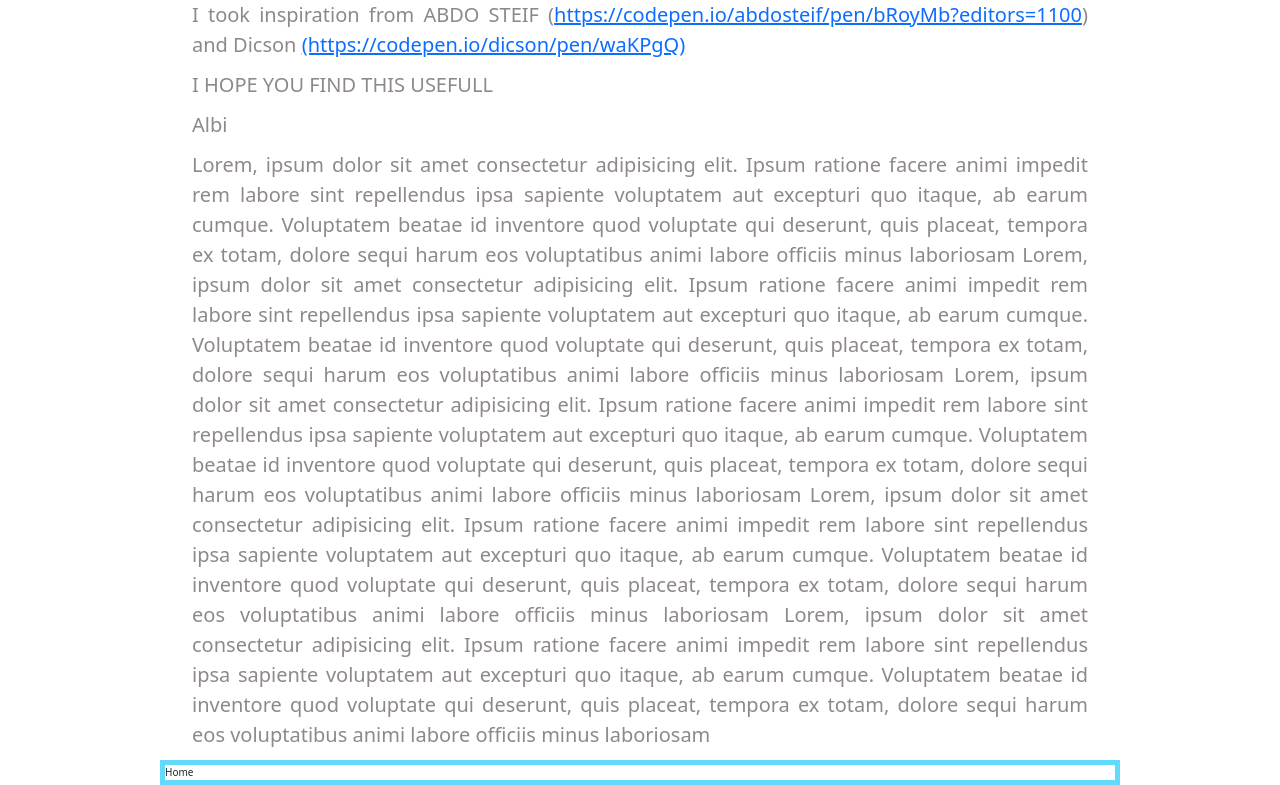
Repository: chadrackkyungu/Sylvie
Page: /
The author's editor kept a copy of each file at every save. The page is drawn from the files as they stood at one save, then again after the next save.
The browser window is 1280 px wide. The pictures show the part of the page from y = 720 to 1505 px (the page is 1505 px tall before and 745 px after).
The project was rebuilt for these pictures with package versions that can differ from the ones it lists, and the page was loaded fresh each time. Also part of the build but not shown: src/App.css.

Above is the page before, as saved 2022-07-19 23:36:23.

### src/index.js
import React from "react";
import ReactDOM from "react-dom/client";
import "./index.css";
import App from "./App";
import reportWebVitals from "./reportWebVitals";
import "bootstrap/dist/css/bootstrap.min.css";

const root = ReactDOM.createRoot(document.getElementById("root"));
root.render(
    <React.StrictMode>
        <App />
    </React.StrictMode>
);

// If you want to start measuring performance in your app, pass a function
// to log results (for example: reportWebVitals(console.log))
// or send to an analytics endpoint. Learn more: https://bit.ly/CRA-vitals
reportWebVitals();

### src/index.css
:root {
    --bg-body: #000000;
    --text-white: #f1e9e7;
    --text-md-white: #8e8988;
    --text-indicate: #a05745;
}

body {
    margin: 0;
    font-family: -apple-system, BlinkMacSystemFont, "Segoe UI", "Roboto", "Oxygen", "Ubuntu", "Cantarell", "Fira Sans", "Droid Sans", "Helvetica Neue", sans-serif;
    -webkit-font-smoothing: antialiased;
    -moz-osx-font-smoothing: grayscale;
    background: var(--bg-body);
}

h3 {
    color: var(--text-white);
}

p {
    color: var(--text-md-white);
}

a {
    text-decoration: none;
    color: var(--text-indicate);
}

a:hover {
    text-decoration-line: underline;
}

.page-w {
    width: 75%;
    margin: 0 auto;
    border: #61dafb 5px solid;
}

@import url("https://fonts.googleapis.com/css?family=Quicksand:400,500,700");
html,
body {
    margin: 0;
    padding: 0;
    box-sizing: border-box;
    font-family: "Quicksand", sans-serif;
    font-size: 62.5%;
    font-size: 10px;
}


/*-- Inspiration taken from abdo steif -->
/* --> https://codepen.io/abdosteif/pen/bRoyMb?editors=1100*/


/* Navbar section */

.nav {
    width: 100%;
    height: 65px;
    position: fixed;
    line-height: 65px;
    text-align: center;
}

.nav div.logo {
    float: left;
    width: auto;
    height: auto;
    padding-left: 3rem;
}

.nav div.logo a {
    text-decoration: none;
    color: #fff;
    font-size: 2.5rem;
}

.nav div.logo a:hover {
    color: #00e676;
}

.nav div.main_list {
    height: 65px;
    float: right;
}

.nav div.main_list ul {
    width: 100%;
    height: 65px;
    display: flex;
    list-style: none;
    margin: 0;
    padding: 0;
}

.nav div.main_list ul li {
    width: auto;
    height: 65px;
    padding: 0;
    padding-right: 3rem;
}

.nav div.main_list ul li a {
    text-decoration: none;
    color: #fff;
    line-height: 65px;
    font-size: 2.4rem;
}

.nav div.main_list ul li a:hover {
    color: #00e676;
}


/* Home section */

.home {
    width: 100%;
    height: 100vh;
    background-image: url(https://images.unsplash.com/photo-1498550744921-75f79806b8a7?ixlib=rb-0.3.5&ixid=eyJhcHBfaWQiOjEyMDd9&s=b0f6908fa5e81286213c7211276e6b3d&auto=format&fit=crop&w=1500&q=80);
    background-position: center top;
    background-size: cover;
}

.navTrigger {
    display: none;
}

.nav {
    padding-top: 20px;
    padding-bottom: 20px;
    -webkit-transition: all 0.4s ease;
    transition: all 0.4s ease;
}


/* Media qurey section */

@media screen and (min-width: 768px) and (max-width: 1024px) {
    .container {
        margin: 0;
    }
}

@media screen and (max-width: 768px) {
    .navTrigger {
        display: block;
    }
    .nav div.logo {
        margin-left: 15px;
    }
    .nav div.main_list {
        width: 100%;
        height: 0;
        overflow: hidden;
    }
    .nav div.show_list {
        height: auto;
        display: none;
    }
    .nav div.main_list ul {
        flex-direction: column;
        width: 100%;
        height: 100vh;
        right: 0;
        left: 0;
        bottom: 0;
        background-color: #111;
        /*same background color of navbar*/
        background-position: center top;
    }
    .nav div.main_list ul li {
        width: 100%;
        text-align: right;
    }
    .nav div.main_list ul li a {
        text-align: center;
        width: 100%;
        font-size: 3rem;
        padding: 20px;
    }
    .nav div.media_button {
        display: block;
    }
}


/* Animation */


/* Inspiration taken from Dicson https://codemyui.com/simple-hamburger-menu-x-mark-animation/ */

.navTrigger {
    cursor: pointer;
    width: 30px;
    height: 25px;
    margin: auto;
    position: absolute;
    right: 30px;
    top: 0;
    bottom: 0;
}

.navTrigger i {
    background-color: #fff;
    border-radius: 2px;
    content: "";
    display: block;
    width: 100%;
    height: 4px;
}

.navTrigger i:nth-child(1) {
    -webkit-animation: outT 0.8s backwards;
    animation: outT 0.8s backwards;
    -webkit-animation-direction: reverse;
    animation-direction: reverse;
}

.navTrigger i:nth-child(2) {
    margin: 5px 0;
    -webkit-animation: outM 0.8s backwards;
    animation: outM 0.8s backwards;
    -webkit-animation-direction: reverse;
    animation-direction: reverse;
}

.navTrigger i:nth-child(3) {
    -webkit-animation: outBtm 0.8s backwards;
    animation: outBtm 0.8s backwards;
    -webkit-animation-direction: reverse;
    animation-direction: reverse;
}

.navTrigger.active i:nth-child(1) {
    -webkit-animation: inT 0.8s forwards;
    animation: inT 0.8s forwards;
}

.navTrigger.active i:nth-child(2) {
    -webkit-animation: inM 0.8s forwards;
    animation: inM 0.8s forwards;
}

.navTrigger.active i:nth-child(3) {
    -webkit-animation: inBtm 0.8s forwards;
    animation: inBtm 0.8s forwards;
}

@-webkit-keyframes inM {
    50% {
        -webkit-transform: rotate(0deg);
    }
    100% {
        -webkit-transform: rotate(45deg);
    }
}

@keyframes inM {
    50% {
        transform: rotate(0deg);
    }
    100% {
        transform: rotate(45deg);
    }
}

@-webkit-keyframes outM {
    50% {
        -webkit-transform: rotate(0deg);
    }
    100% {
        -webkit-transform: rotate(45deg);
    }
}

@keyframes outM {
    50% {
        transform: rotate(0deg);
    }
    100% {
        transform: rotate(45deg);
    }
}

@-webkit-keyframes inT {
    0% {
        -webkit-transform: translateY(0px) rotate(0deg);
    }
    50% {
        -webkit-transform: translateY(9px) rotate(0deg);
    }
    100% {
        -webkit-transform: translateY(9px) rotate(135deg);
    }
}

@keyframes inT {
    0% {
        transform: translateY(0px) rotate(0deg);
    }
    50% {
        transform: translateY(9px) rotate(0deg);
    }
    100% {
        transform: translateY(9px) rotate(135deg);
    }
}

@-webkit-keyframes outT {
    0% {
        -webkit-transform: translateY(0px) rotate(0deg);
    }
    50% {
        -webkit-transform: translateY(9px) rotate(0deg);
    }
    100% {
        -webkit-transform: translateY(9px) rotate(135deg);
    }
}

@keyframes outT {
    0% {
        transform: translateY(0px) rotate(0deg);
    }
    50% {
        transform: translateY(9px) rotate(0deg);
    }
    100% {
        transform: translateY(9px) rotate(135deg);
    }
}

@-webkit-keyframes inBtm {
    0% {
        -webkit-transform: translateY(0px) rotate(0deg);
    }
    50% {
        -webkit-transform: translateY(-9px) rotate(0deg);
    }
    100% {
        -webkit-transform: translateY(-9px) rotate(135deg);
    }
}

@keyframes inBtm {
    0% {
        transform: translateY(0px) rotate(0deg);
    }
    50% {
        transform: translateY(-9px) rotate(0deg);
    }
    100% {
        transform: translateY(-9px) rotate(135deg);
    }
}

@-webkit-keyframes outBtm {
    0% {
        -webkit-transform: translateY(0px) rotate(0deg);
    }
    50% {
        -webkit-transform: translateY(-9px) rotate(0deg);
    }
    100% {
        -webkit-transform: translateY(-9px) rotate(135deg);
    }
}

@keyframes outBtm {
    0% {
        transform: translateY(0px) rotate(0deg);
    }
    50% {
        transform: translateY(-9px) rotate(0deg);
    }
    100% {
        transform: translateY(-9px) rotate(135deg);
    }
}

.affix {
    padding: 0;
    background-color: #111;
}

.myH2 {
    text-align: center;
    font-size: 4rem;
}

.myP {
    text-align: justify;
    padding-left: 15%;
    padding-right: 15%;
    font-size: 20px;
}

@media all and (max-width: 700px) {
    .myP {
        padding: 2%;
    }
}

### src/App.js
import "./App.css";
import Home from './pages/home'
import Navbar from "./components/Navbar"

function App() {
    return (
        <>
            <Navbar />
            <div className="page-w">
                <Home />
            </div>
        </>
    );
}

export default App;

### src/Pages/Home.js
import React from 'react'

function Home() {
    return ( <
        div > Home < /div>
    )
}

export default Home

### src/components/Navbar.js
import React, { useState } from "react";
import {
    Collapse,
    Navbar,
    NavbarToggler,
    NavbarBrand,
    Nav,
    NavItem,
    NavLink,
    UncontrolledDropdown,
    DropdownToggle,
    DropdownMenu,
    DropdownItem,
    NavbarText,
} from "reactstrap";

const Example = (args) => {
    const [isOpen, setIsOpen] = useState(false);

    const toggle = () => setIsOpen(!isOpen);

    return (
        <div>
            <nav className="nav">
                <div className="container">
                    <div className="logo">
                        <a href="#">Your Logo</a>
                    </div>
                    <div id="mainListDiv" class="main_list">
                        <ul className="navlinks">
                            <li><a href="#">About</a></li>
                            <li><a href="#">Portfolio</a></li>
                            <li><a href="#">Services</a></li>
                            <li><a href="#">Contact</a></li>
                        </ul>
                    </div>
                    <span className="navTrigger">
                        <i></i>
                        <i></i>
                        <i></i>
                    </span>
                </div>
            </nav>

            <section className="home">
            </section>
            <div >

                <p className="myP">I took inspiration from  ABDO STEIF (<a href="https://codepen.io/abdosteif/pen/bRoyMb?editors=1100">https://codepen.io/abdosteif/pen/bRoyMb?editors=1100</a>)
                    and Dicson <a href="https://codepen.io/dicson/pen/waKPgQ">(https://codepen.io/dicson/pen/waKPgQ)</a></p>
                <p className="myP">I HOPE YOU FIND THIS USEFULL</p>
                <p className="myP">Albi</p>
                <p className="myP">

                    Lorem, ipsum dolor sit amet consectetur adipisicing elit. Ipsum ratione facere animi impedit rem labore sint repellendus ipsa sapiente voluptatem aut excepturi quo itaque, ab earum cumque. Voluptatem beatae id inventore quod voluptate qui deserunt, quis placeat, tempora ex totam, dolore sequi harum eos voluptatibus animi labore officiis minus laboriosam
                    Lorem, ipsum dolor sit amet consectetur adipisicing elit. Ipsum ratione facere animi impedit rem labore sint repellendus ipsa sapiente voluptatem aut excepturi quo itaque, ab earum cumque. Voluptatem beatae id inventore quod voluptate qui deserunt, quis placeat, tempora ex totam, dolore sequi harum eos voluptatibus animi labore officiis minus laboriosam
                    Lorem, ipsum dolor sit amet consectetur adipisicing elit. Ipsum ratione facere animi impedit rem labore sint repellendus ipsa sapiente voluptatem aut excepturi quo itaque, ab earum cumque. Voluptatem beatae id inventore quod voluptate qui deserunt, quis placeat, tempora ex totam, dolore sequi harum eos voluptatibus animi labore officiis minus laboriosam
                    Lorem, ipsum dolor sit amet consectetur adipisicing elit. Ipsum ratione facere animi impedit rem labore sint repellendus ipsa sapiente voluptatem aut excepturi quo itaque, ab earum cumque. Voluptatem beatae id inventore quod voluptate qui deserunt, quis placeat, tempora ex totam, dolore sequi harum eos voluptatibus animi labore officiis minus laboriosam
                    Lorem, ipsum dolor sit amet consectetur adipisicing elit. Ipsum ratione facere animi impedit rem labore sint repellendus ipsa sapiente voluptatem aut excepturi quo itaque, ab earum cumque. Voluptatem beatae id inventore quod voluptate qui deserunt, quis placeat, tempora ex totam, dolore sequi harum eos voluptatibus animi labore officiis minus laboriosam
                </p>
            </div>
        </div>
    );
};

export default Example;

Loaded but not shown: public/index.html (common file); src/reportWebVitals.js (common file)

After the next save:
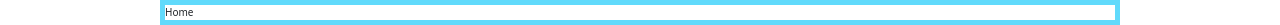
Saved 38 s later.
--- a/src/components/Navbar.js
+++ b/src/components/Navbar.js
@@ -44,21 +44,7 @@ const Example = (args) => {
 
             <section className="home">
             </section>
-            <div >
 
-                <p className="myP">I took inspiration from  ABDO STEIF (<a href="https://codepen.io/abdosteif/pen/bRoyMb?editors=1100">https://codepen.io/abdosteif/pen/bRoyMb?editors=1100</a>)
-                    and Dicson <a href="https://codepen.io/dicson/pen/waKPgQ">(https://codepen.io/dicson/pen/waKPgQ)</a></p>
-                <p className="myP">I HOPE YOU FIND THIS USEFULL</p>
-                <p className="myP">Albi</p>
-                <p className="myP">
-
-                    Lorem, ipsum dolor sit amet consectetur adipisicing elit. Ipsum ratione facere animi impedit rem labore sint repellendus ipsa sapiente voluptatem aut excepturi quo itaque, ab earum cumque. Voluptatem beatae id inventore quod voluptate qui deserunt, quis placeat, tempora ex totam, dolore sequi harum eos voluptatibus animi labore officiis minus laboriosam
-                    Lorem, ipsum dolor sit amet consectetur adipisicing elit. Ipsum ratione facere animi impedit rem labore sint repellendus ipsa sapiente voluptatem aut excepturi quo itaque, ab earum cumque. Voluptatem beatae id inventore quod voluptate qui deserunt, quis placeat, tempora ex totam, dolore sequi harum eos voluptatibus animi labore officiis minus laboriosam
-                    Lorem, ipsum dolor sit amet consectetur adipisicing elit. Ipsum ratione facere animi impedit rem labore sint repellendus ipsa sapiente voluptatem aut excepturi quo itaque, ab earum cumque. Voluptatem beatae id inventore quod voluptate qui deserunt, quis placeat, tempora ex totam, dolore sequi harum eos voluptatibus animi labore officiis minus laboriosam
-                    Lorem, ipsum dolor sit amet consectetur adipisicing elit. Ipsum ratione facere animi impedit rem labore sint repellendus ipsa sapiente voluptatem aut excepturi quo itaque, ab earum cumque. Voluptatem beatae id inventore quod voluptate qui deserunt, quis placeat, tempora ex totam, dolore sequi harum eos voluptatibus animi labore officiis minus laboriosam
-                    Lorem, ipsum dolor sit amet consectetur adipisicing elit. Ipsum ratione facere animi impedit rem labore sint repellendus ipsa sapiente voluptatem aut excepturi quo itaque, ab earum cumque. Voluptatem beatae id inventore quod voluptate qui deserunt, quis placeat, tempora ex totam, dolore sequi harum eos voluptatibus animi labore officiis minus laboriosam
-                </p>
-            </div>
         </div>
     );
 };
